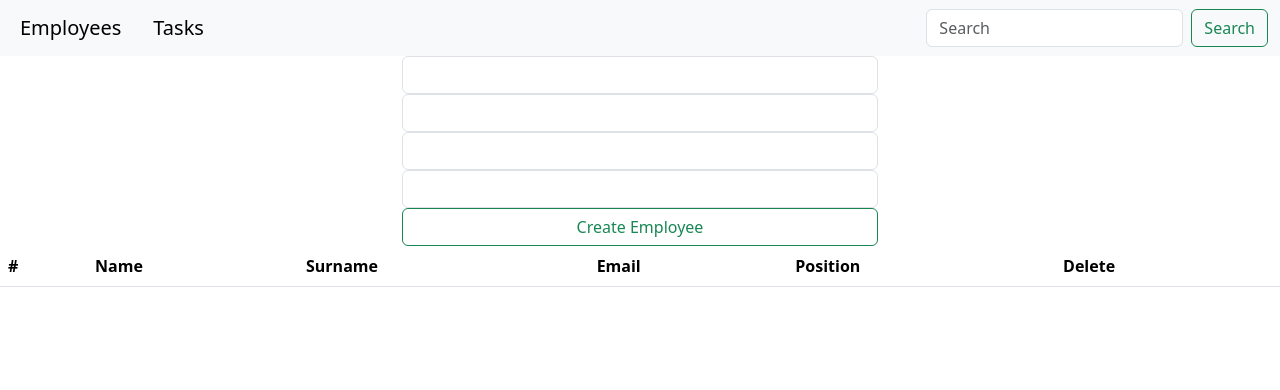
Repository: RaffiBarseghyan/employees
Page: /employees
The author's editor kept a copy of each file at every save. The page is drawn from the files as they stood at one save, then again after the next save.
The browser window is 1280 px wide. The pictures show the whole page.
The page's requests for data from a server got no answer. The project was rebuilt for these pictures with package versions that can differ from the ones it lists, and the page was loaded fresh each time. No one was signed in, and anything a server would have sent is missing. Also part of the build but not shown: src/App.css, src/Pages/UpDel/upDel.module.scss, src/Pages/UpDel/delete.jsx, src/Pages/Tasks/tasks.jsx.

Above is the page before, as saved 2023-06-15 01:13:03.

### src/App.jsx
import "./App.css";
import Header from "./Pages/Header/header";
import { BrowserRouter, Routes, Route } from "react-router-dom";
import "bootstrap/dist/css/bootstrap.css";
import Employees from "./Pages/Employees/employees";
import Tasks from "./Pages/Tasks/tasks";

function App() {
  return (
    <>
      <BrowserRouter>
        <Header />

        <Routes>
          <Route path="/employees" element={<Employees />} />

          <Route path="/tasks" element={<Tasks />} />

          {/*
          <Route path="/category/:search" element={<Category />} />

          <Route path="/toy/:userId" element={<Toy />} />  */}
        </Routes>
      </BrowserRouter>
    </>
  );
}

export default App;

### src/Pages/Header/header.jsx
import { Link } from "react-router-dom";
import style from "./header.module.scss";

function Header() {
  return (
    <>
      <nav className="navbar navbar-expand-lg bg-body-tertiary">
        <div className="container-fluid">
          <button
            className="navbar-toggler"
            type="button"
            data-bs-toggle="collapse"
            data-bs-target="#navbarSupportedContent"
            aria-controls="navbarSupportedContent"
            aria-expanded="false"
            aria-label="Toggle navigation"
          >
            <span className="navbar-toggler-icon"></span>
          </button>
          <div className="collapse navbar-collapse" id="navbarSupportedContent">
            <ul className="navbar-nav me-auto mb-2 mb-lg-0">
              <li className="nav-item">
                <Link className={`nav-link navbar-brand active ${style.linkStyle}`} to="/employees">
                  Employees
                </Link>
              </li>
              <li className="nav-item">
                <Link
                  className={`nav-link navbar-brand ${style.linkStyle}`}
                  to="/tasks"
                >
                  Tasks
                </Link>
              </li>
            </ul>
            <form className="d-flex" role="search">
              <input
                className="form-control me-2"
                type="search"
                placeholder="Search"
                aria-label="Search"
              />
              <button className="btn btn-outline-success" type="submit">
                Search
              </button>
            </form>
          </div>
        </div>
      </nav>
    </>
  );
}

export default Header;

### src/Pages/Employees/employees.jsx
import { useEffect, useState } from "react";
import style from "./employees.module.scss";
import axios from "axios";
import Delete from "../UpDel/delete";

function Employees() {
  const [data, setdata] = useState([]);

  useEffect(() => {
    axios
      .get(
        `https://rocky-temple-83495.herokuapp.com/employees?_page=1&_limit=10`
      )
      .then((res) => {
        const persons = res.data;
        setdata(persons);
      });
  }, []);
  return (
    <>
      <div className={`${style.employeeForm} container`}>
        <input className="form-control me-2" type="text" />
        <input className="form-control me-2" type="text" />
        <input className="form-control me-2" type="email" />
        <input className="form-control me-2" type="text" />
        <button className="btn btn-outline-success">Create Employee</button>
      </div>

      <table className="table">
        <thead>
          <tr>
            <th scope="col">#</th>
            <th scope="col">Name</th>
            <th scope="col">Surname</th>
            <th scope="col">Email</th>
            <th scope="col">Position</th>
            <th scope="col">Delete</th>
          </tr>
        </thead>
        <tbody>
          {data.map((item) => {
            return (
              <tr key={item.id} className={`${style.employees} `}>
                <th scope="row">{item.id}</th>
                <td>{item.name}</td>
                <td>{item.surname}</td>
                <td>{item.email}</td>
                <th>{item.position}</th>

                <th>
                  <button className={`${style.basketButtonDe} btn btn-danger `}>
                    <Delete id={item.id} req="user" />
                  </button>
                </th>
              </tr>
            );
          })}
        </tbody>
      </table>
    </>
  );
}

export default Employees;

### src/Pages/Employees/employees.module.scss
.employees {
  width: 200px;
  height: 100px;
  > div {
    display: flex;
    flex-direction: column;
  }
}

.employeeForm{
    width: 500px;
    display: flex;
    flex-direction: column;
}

Loaded but not shown: src/index.js (common file); src/index.css (common file); src/reportWebVitals.js (common file); src/Pages/Header/header.module.scss (no stored copy; drawn as an empty file)

After the next save:
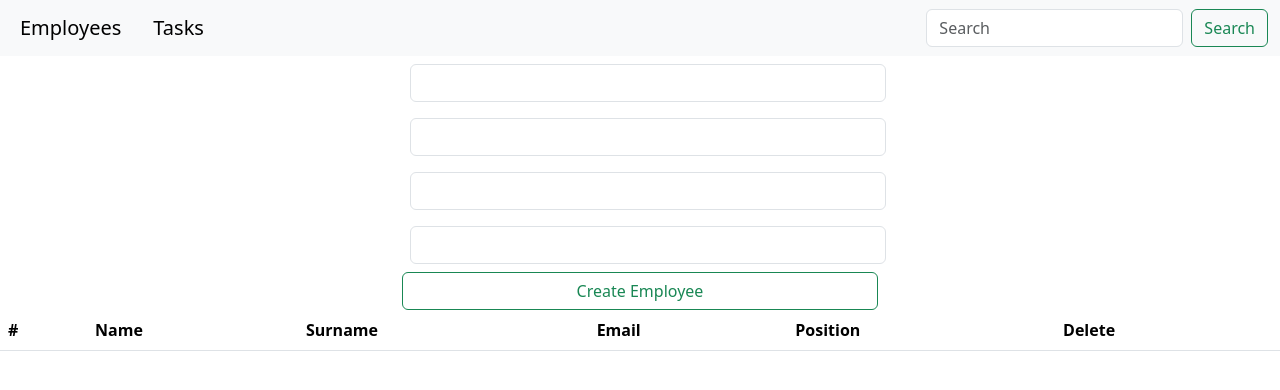
Saved 9 s later.
--- a/src/Pages/Employees/employees.jsx
+++ b/src/Pages/Employees/employees.jsx
@@ -19,10 +19,10 @@ function Employees() {
   return (
     <>
       <div className={`${style.employeeForm} container`}>
-        <input className="form-control me-2" type="text" />
-        <input className="form-control me-2" type="text" />
-        <input className="form-control me-2" type="email" />
-        <input className="form-control me-2" type="text" />
+        <input className="form-control m-2" type="text" />
+        <input className="form-control m-2" type="text" />
+        <input className="form-control m-2" type="email" />
+        <input className="form-control m-2" type="text" />
         <button className="btn btn-outline-success">Create Employee</button>
       </div>
 
